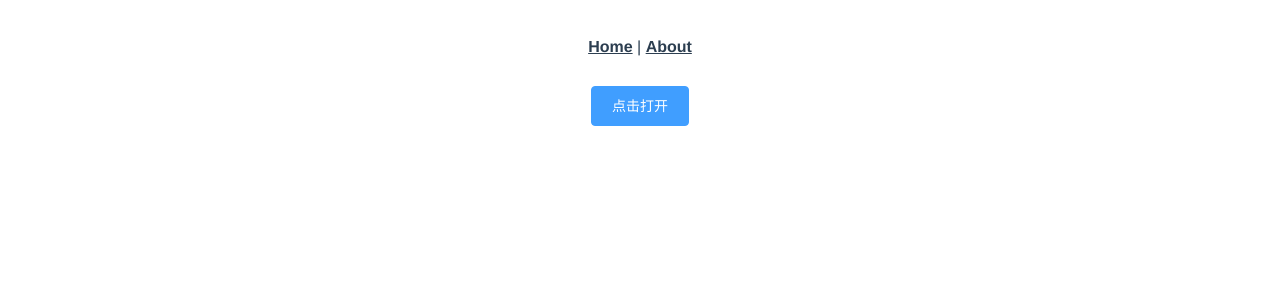
Repository: jinggegeZ/assmbly
Page: /#/form
The author's editor kept a copy of each file at every save. The page is drawn from the files as they stood at one save, then again after the next save.
The browser window is 1280 px wide. The pictures show the whole page.
The project was rebuilt for these pictures with package versions that can differ from the ones it lists, and the page was loaded fresh each time.

Above is the page before, as saved 2020-09-10 17:58:50.

After the next save:
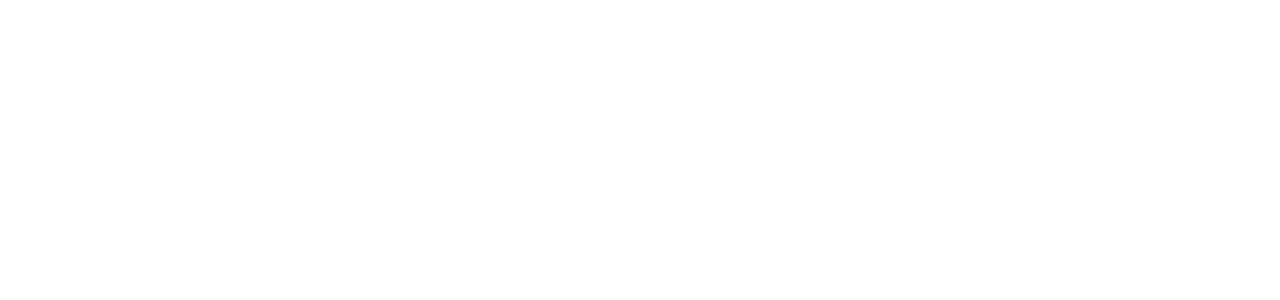
Console error: ReferenceError: fromData is not defined
Saved 45 s later.
--- a/src/components/From/jingfrom.vue
+++ b/src/components/From/jingfrom.vue
@@ -73,7 +73,9 @@
     this.formOptions = JSON.parse(JSON.stringify(options));
     this.rules = JSON.parse(JSON.stringify(rules));
   },
-  watch: {},
+  watch: {
+    fromData
+  },
   computed: {},
 };
 </script>

After the 2 saves that followed:
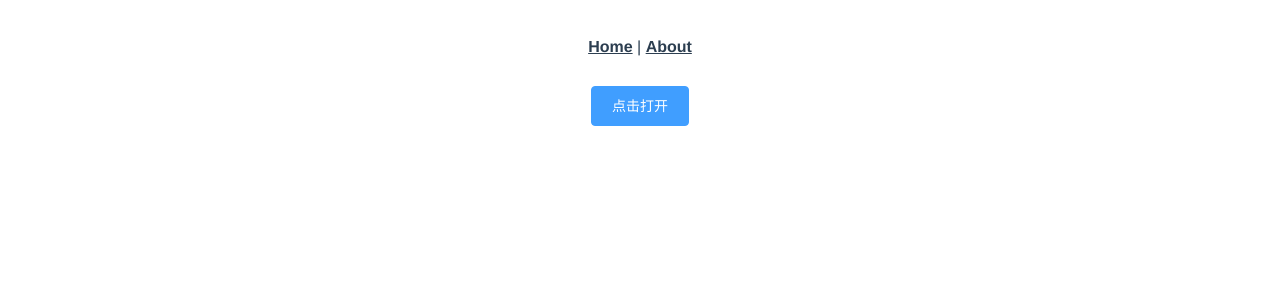
The error is gone.
The 2 saves are shown as one change because 1 left the picture as it was.
The last was saved 102 s later.
--- a/src/components/From/jingfrom.vue
+++ b/src/components/From/jingfrom.vue
@@ -50,6 +50,17 @@
     };
   },
   methods: {
+    //初始化数据
+    setInitvale(){
+      let options = {};
+    let rules = {};
+    this.fromData.map((item) => {
+      rules[item.prop] = item.rules;
+      options[item.prop] = item.value;
+    });
+    this.formOptions = JSON.parse(JSON.stringify(options));
+    this.rules = JSON.parse(JSON.stringify(rules));
+    },
     //关闭Diolog
     handleClose() {
       this.$emit("update:dialogVisible", false);
@@ -64,17 +75,12 @@
     },
   },
   mounted() {
-    let options = {};
-    let rules = {};
-    this.fromData.map((item) => {
-      rules[item.prop] = item.rules;
-      options[item.prop] = item.value;
-    });
-    this.formOptions = JSON.parse(JSON.stringify(options));
-    this.rules = JSON.parse(JSON.stringify(rules));
+    this.setInitvale()
   },
   watch: {
-    fromData
+    fromData(){
+       this.setInitvale()
+    }
   },
   computed: {},
 };
